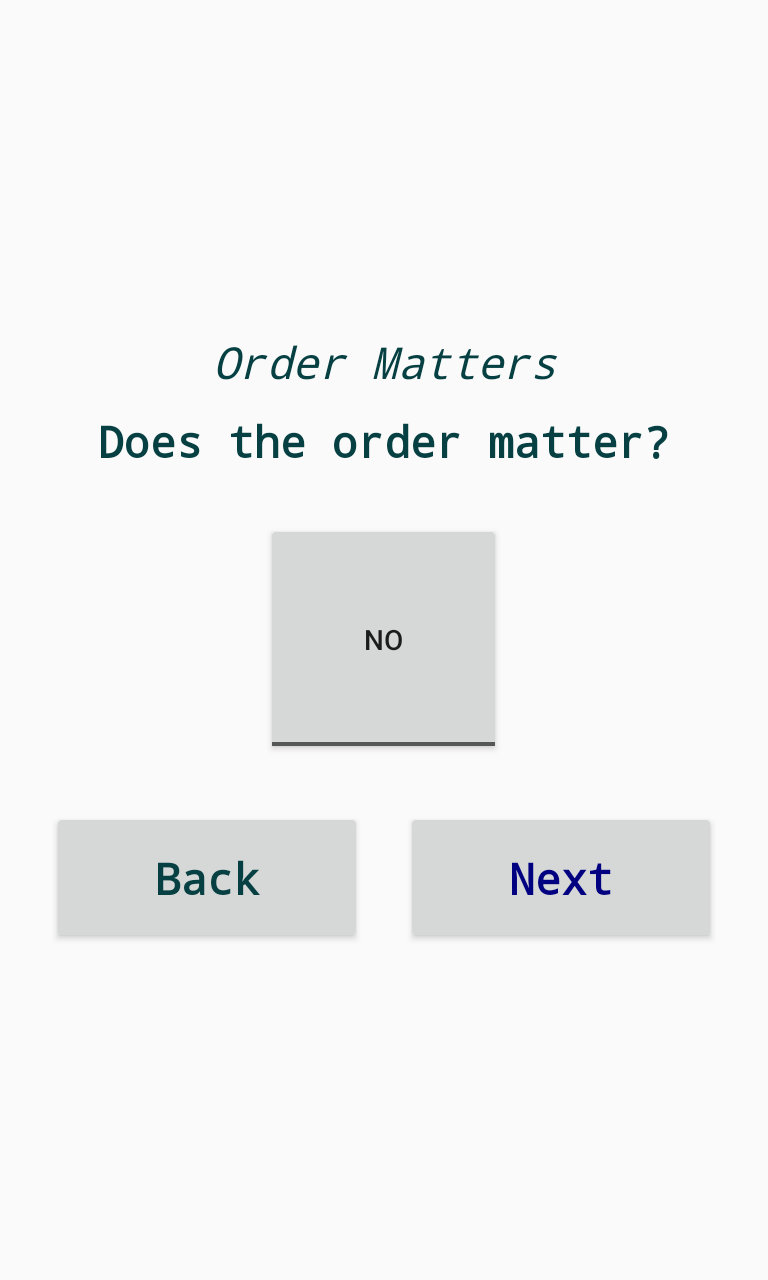
Repository: rontejada1991/Combinations-and-Permutations-Android-App
Layout: combinations/res/layout/activity_order.xml
The author's editor kept a copy of each file at every save. The layout is drawn from the files as they stood at one save, then again after the next save.
It is drawn on a 768 x 1280 px phone screen (xhdpi) without system bars, with theme AppTheme; the app's code is not run.

Above is the layout before, as saved 2014-11-07 21:10:14.

### combinations/res/layout/activity_order.xml
<LinearLayout xmlns:android="http://schemas.android.com/apk/res/android"
    xmlns:tools="http://schemas.android.com/tools"
    android:layout_width="match_parent"
    android:layout_height="match_parent"
	android:orientation="vertical"
	android:gravity="center"
	android:padding="25dp"
    tools:context="com.silvercloudgames.combinations.OrderActivity" >

	<TextView
	    android:id="@+id/tv_title"
        style="@style/CodeFont.Italic"
        android:layout_width="fill_parent"
        android:text="Order Matters"
        android:layout_marginBottom="10dp" />

	<TextView
	    android:id="@+id/tv_sub"
        style="@style/CodeFont"
        android:layout_width="fill_parent"
        android:text="Does the order matter?"
        android:layout_marginBottom="25dp" />

		<ToggleButton
		    android:id="@+id/tb_order"
		    android:layout_width="wrap_content"
		    android:layout_height="wrap_content"
		    android:textOn="Yes"
		    android:textOff="No"
		    android:padding="50dp"
		    android:layout_marginBottom="25dp" />

	<LinearLayout
	    android:layout_width="fill_parent"
	    android:layout_height="wrap_content"
	    android:orientation="horizontal"
	    android:gravity="center">

	    <Button
	        android:id="@+id/b_back"
	        style="@style/CodeFont"
	        android:text="Back"
	        android:padding="20dp"
	        android:layout_weight="1"
	        android:layout_marginRight="10dp"
	        android:onClick="onBackPressed" />

	   	<Button
	   	    android:id="@+id/b_next"
	        style="@style/CodeFont"
	        android:text="Next"
	        android:padding="20dp"
	        android:layout_weight="1"
	        android:textColor="#000080"
	        android:layout_marginLeft="10dp"
	        android:onClick="onNextPressed" />

	</LinearLayout>

</LinearLayout>

### combinations/res/values/code_font.xml
<?xml version="1.0" encoding="utf-8"?>
<resources xmlns:android="http://schemas.android.com/apk/res/android">

    <style name="CodeFont">
        <item name="android:layout_width">wrap_content</item>
        <item name="android:layout_height">wrap_content</item>
        <item name="android:textColor">#064042</item>
        <item name="android:textStyle">bold</item>
        <item name="android:typeface">monospace</item>
        <item name="android:gravity">center</item>
        <item name="android:textAppearance">@android:style/TextAppearance.Large</item>
    </style>

    <style name="CodeFont.Med">
        <item name="android:textAppearance">@android:style/TextAppearance.Medium</item>
    </style>

    <style name="CodeFont.Italic">
        <item name="android:textStyle">italic</item>
    </style>

</resources>

Loaded but not shown: combinations/res/values/styles.xml (common file); combinations/res/values-v11/styles.xml (common file); combinations/res/values-v14/styles.xml (common file)

After the next save:
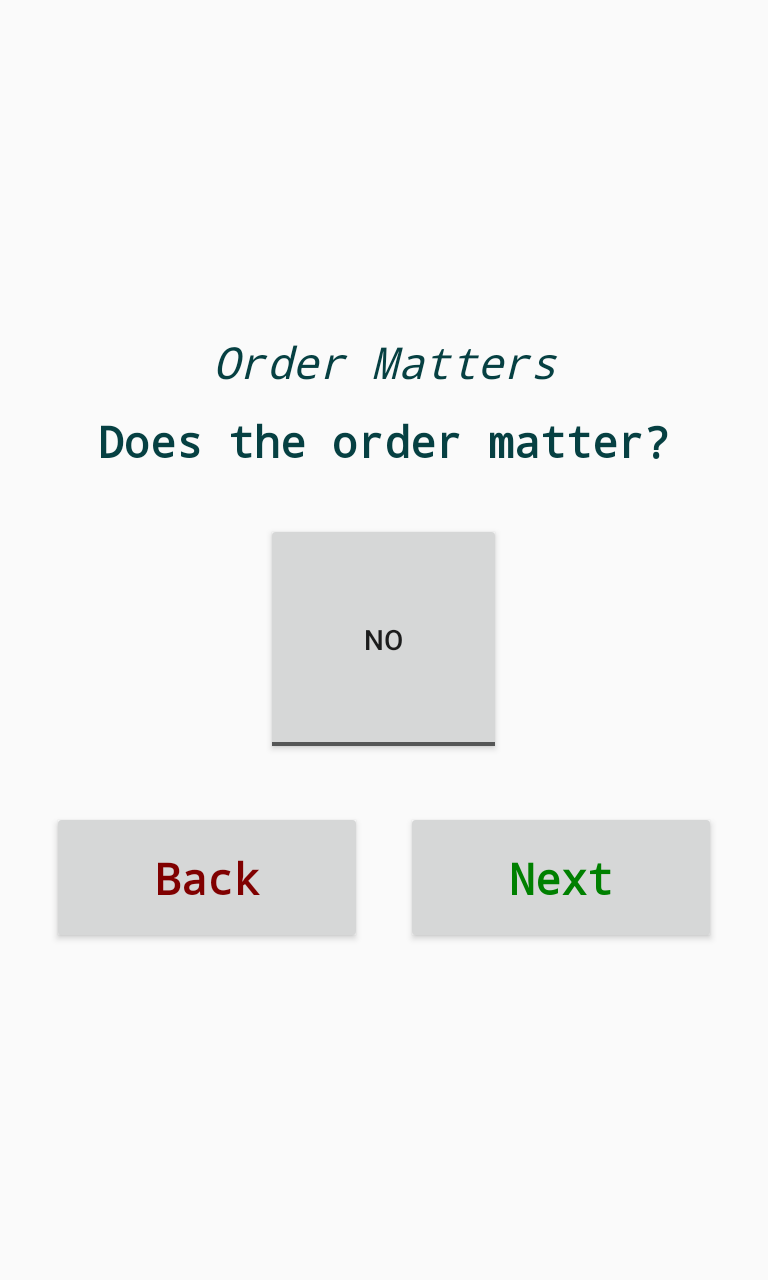
Saved 9 s later.
--- a/combinations/res/layout/activity_order.xml
+++ b/combinations/res/layout/activity_order.xml
@@ -42,6 +42,7 @@
 	        android:text="Back"
 	        android:padding="20dp"
 	        android:layout_weight="1"
+	        android:textColor="#800000"
 	        android:layout_marginRight="10dp"
 	        android:onClick="onBackPressed" />
 
@@ -51,7 +52,7 @@
 	        android:text="Next"
 	        android:padding="20dp"
 	        android:layout_weight="1"
-	        android:textColor="#000080"
+	        android:textColor="#008000"
 	        android:layout_marginLeft="10dp"
 	        android:onClick="onNextPressed" />
 
